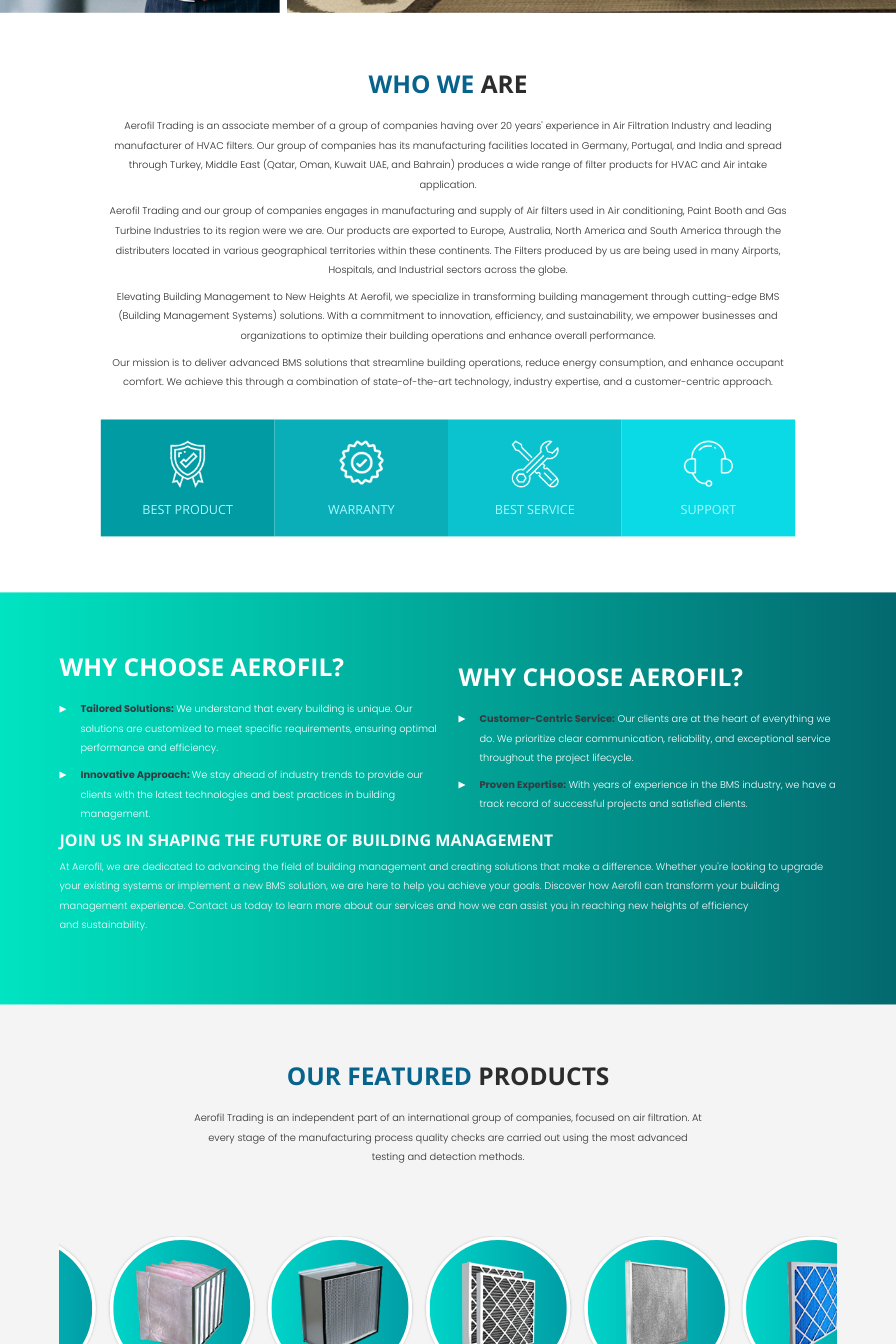
Repository: aslamvrtly/aerofil
Page: index.html
The author's editor kept a copy of each file at every save. The page is drawn from the files as they stood at one save, then again after a run of saves.
The browser window is 1280 px wide. The pictures show the part of the page from y = 695 to 2615 px (the page is 5237 px tall), at 70% of full size.

Above is the page before, as saved 2024-09-04 21:09:06.

After the next 7 saves:
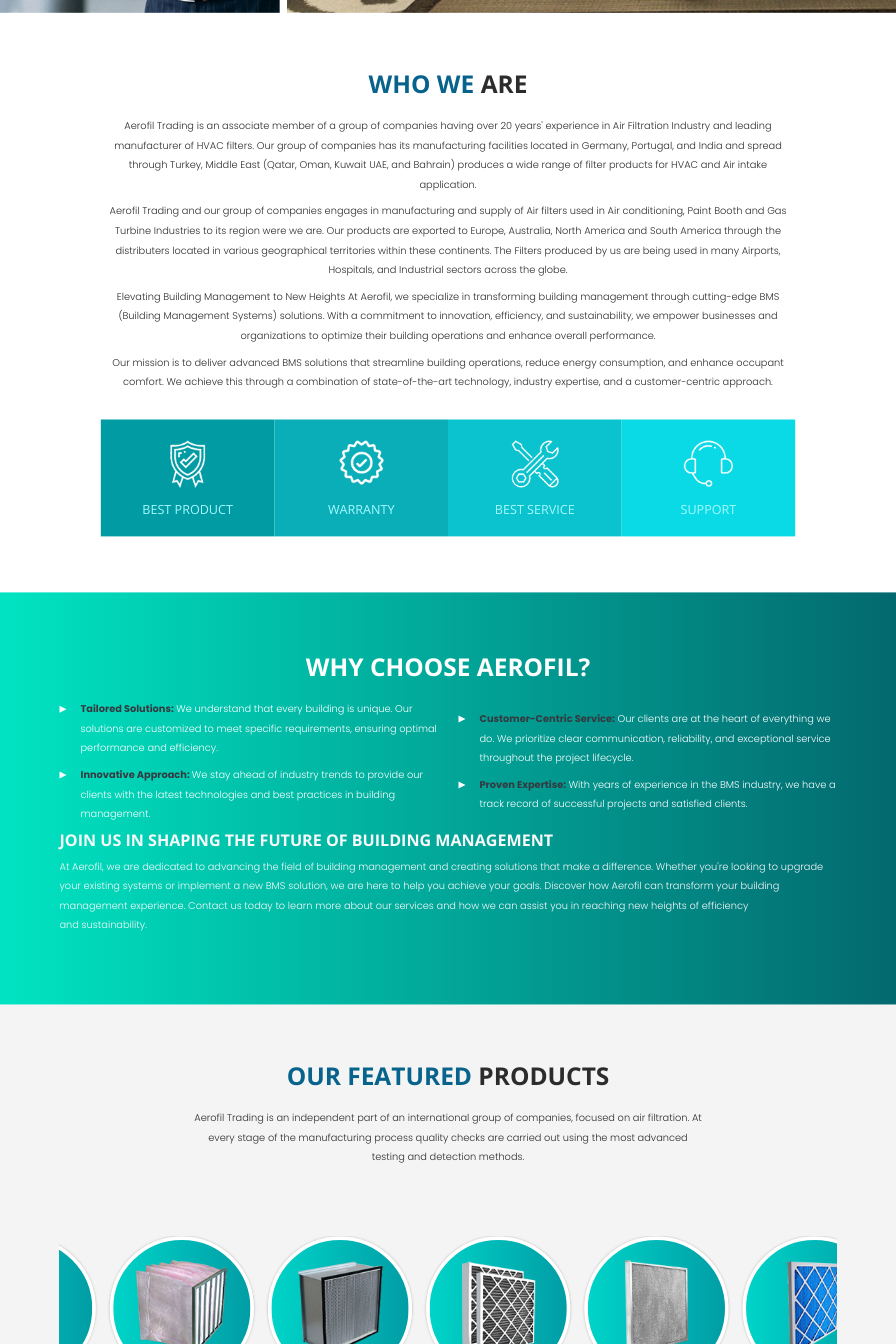
The 7 saves are shown as one change because they came seconds apart.
The last was saved 20 s later.
--- a/index.html
+++ b/index.html
@@ -233,9 +233,9 @@
 
 	<section class="about2">
 		<div class="container">
+			<h2 class="text-uppercase text-center">Why Choose Aerofil?</h2>
 			<div class="row align-items-center">
 				<div class="col-md-6 aboutsec2">
-					<h2 class="text-uppercase">Why Choose Aerofil?</h2>
 					<ul>
 						<li><span class="font-weight-bold text-dark">Tailored Solutions:</span> We understand that every
 							building is unique. Our solutions are customized to meet specific requirements, ensuring
@@ -248,7 +248,6 @@
 					</ul>
 				</div>
 				<div class="col-md-6 aboutsec2">
-					<h2 class="text-uppercase">Why Choose Aerofil?</h2>
 					<ul>
 						<li><span class="font-weight-bold text-dark">Customer-Centric Service:</span> Our clients are at
 							the heart of everything we do. We prioritize clear communication, reliability, and
